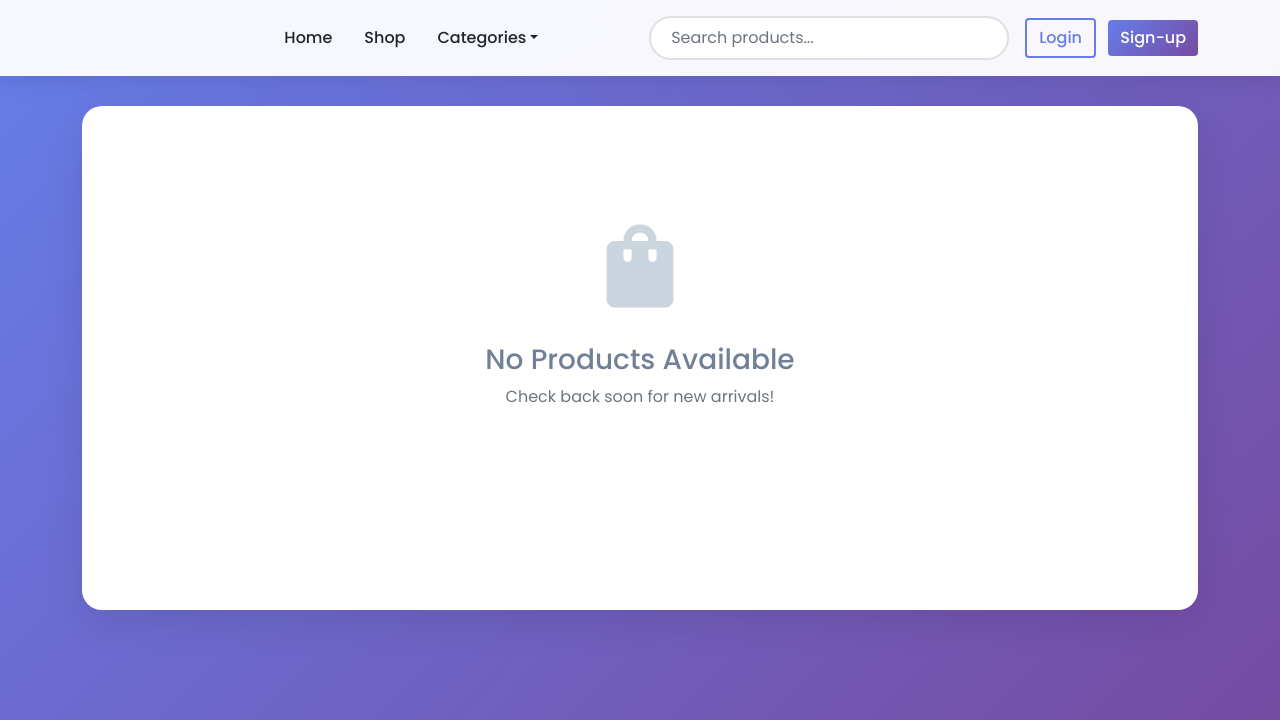
Repository: R23300841/cpp-project
Page: http://localhost/
The author's editor kept a record of every edit. The page is drawn from the files as they stood at one moment, then again after the next edit.
The browser window is 1280 px wide. The pictures show the whole page.
The page is served by the project's application, run on Django 4.2 (manage.py). Queries for data that is not in the repository find no rows.

Above is the page before.

After the next edit:
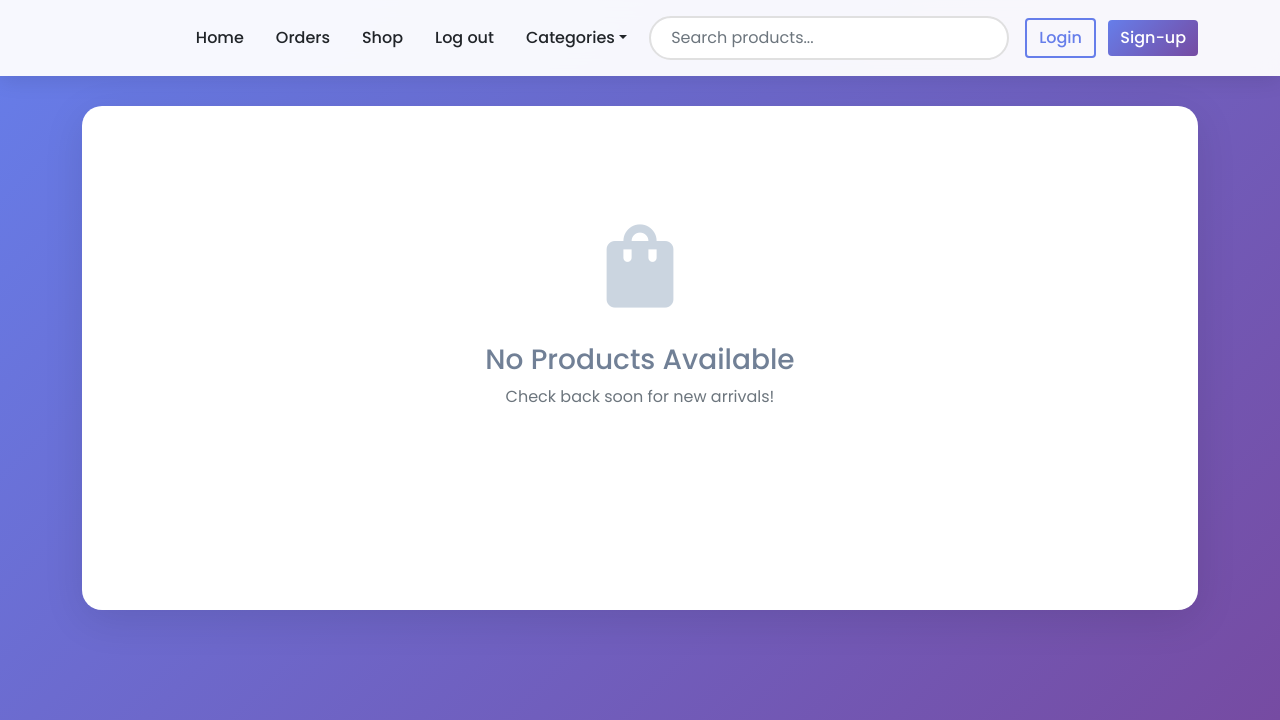
The edit:
--- a/shop/templates/base.html
+++ b/shop/templates/base.html
@@ -137,7 +137,9 @@
                 <!-- Center - Menu -->
                 <ul class="nav mb-0">
                     <li><a href="{% url 'shop:home_page' %}" class="nav-link px-3 text-dark">Home</a></li>
+                    <li><a href="{% url 'orders:user_orders' %}" class="nav-link px-3 text-dark">Orders</a></li>
                     <li><a href="#" class="nav-link px-3 text-dark">Shop</a></li>
+                    <li><a href="{% url 'accounts:user_logout' %}" class="nav-link px-3 text-dark">Log out</a></li>
                     <!-- Categories Dropdown -->
                     <li class="nav-item dropdown">
                         <a href="#" class="nav-link px-3 text-dark dropdown-toggle" id="categoriesDropdown" data-bs-toggle="dropdown">Categories</a>
